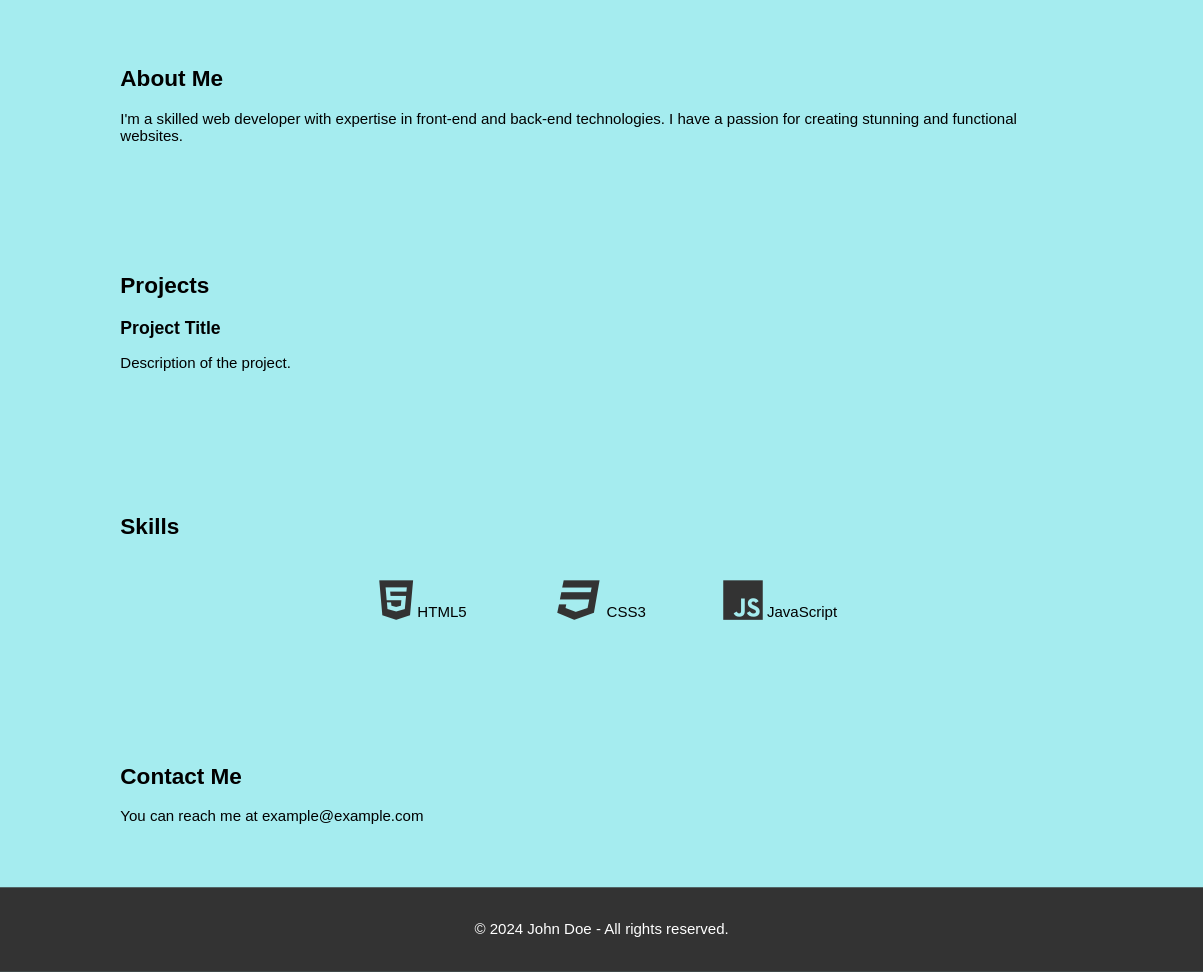
Repository: JaswanthT1/Portfolio
Page: index.html
The author's editor kept a copy of each file at every save. The page is drawn from the files as they stood at one save, then again after the next save.
The browser window is 1280 px wide. The pictures show the part of the page from y = 718 to 1752 px (the page is 1752 px tall), at 94% of full size.

Above is the page before, as saved 2024-04-25 08:36:31.
Not found: script.js

After the next save:
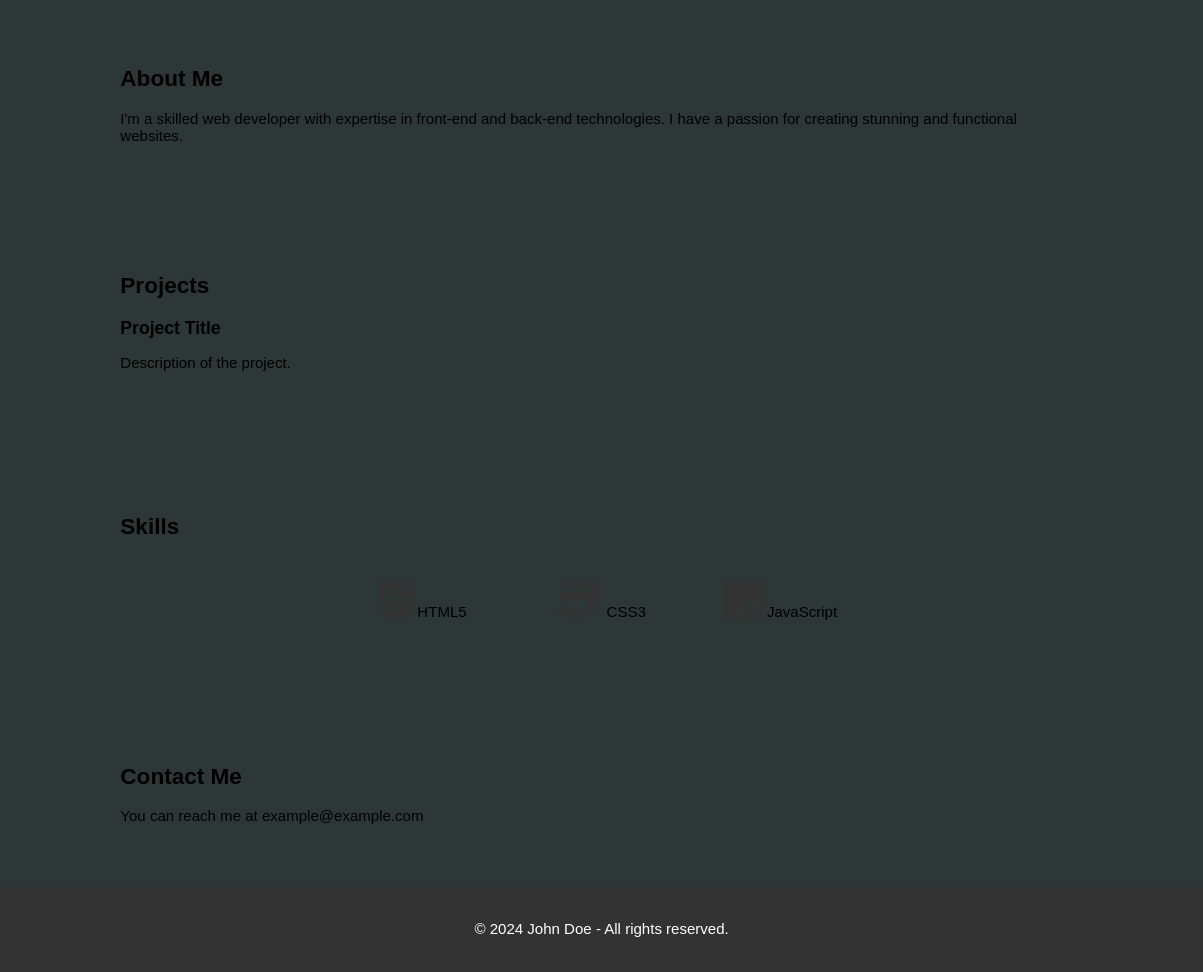
Saved 11 s later.
--- a/style.css
+++ b/style.css
@@ -4,7 +4,7 @@ body {
   font-family: Arial, sans-serif;
   margin: 0;
   padding: 0;
-  background-color: rgb(165, 236, 239);
+  background-color: rgb(46, 55, 55);
 }
 
 .container {
